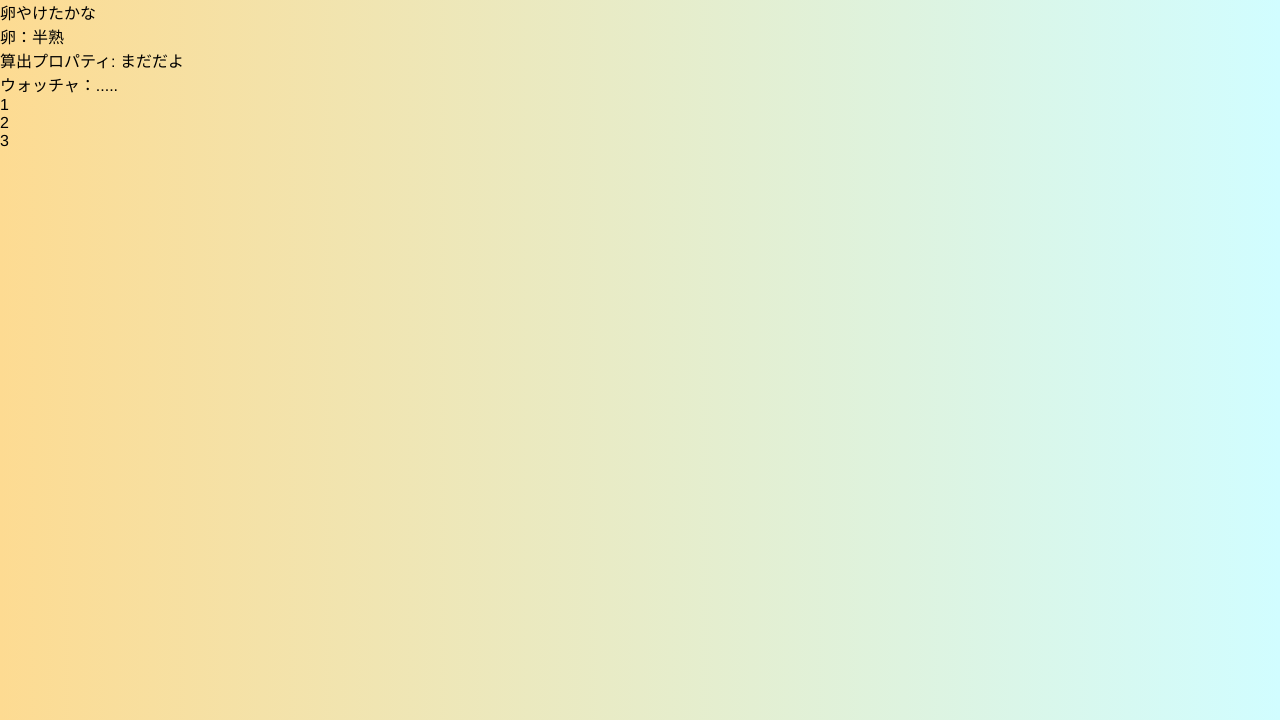
Repository: kawakami-masachika/js_test
Page: index.html
These files come from the project's save history. The page is drawn as it stood at one moment and after the next save; the edit follows.
The browser window is 1280 px wide. The pictures show the whole page.

Above is the page before, as saved 2021-04-17 10:09:56.

After the next save:
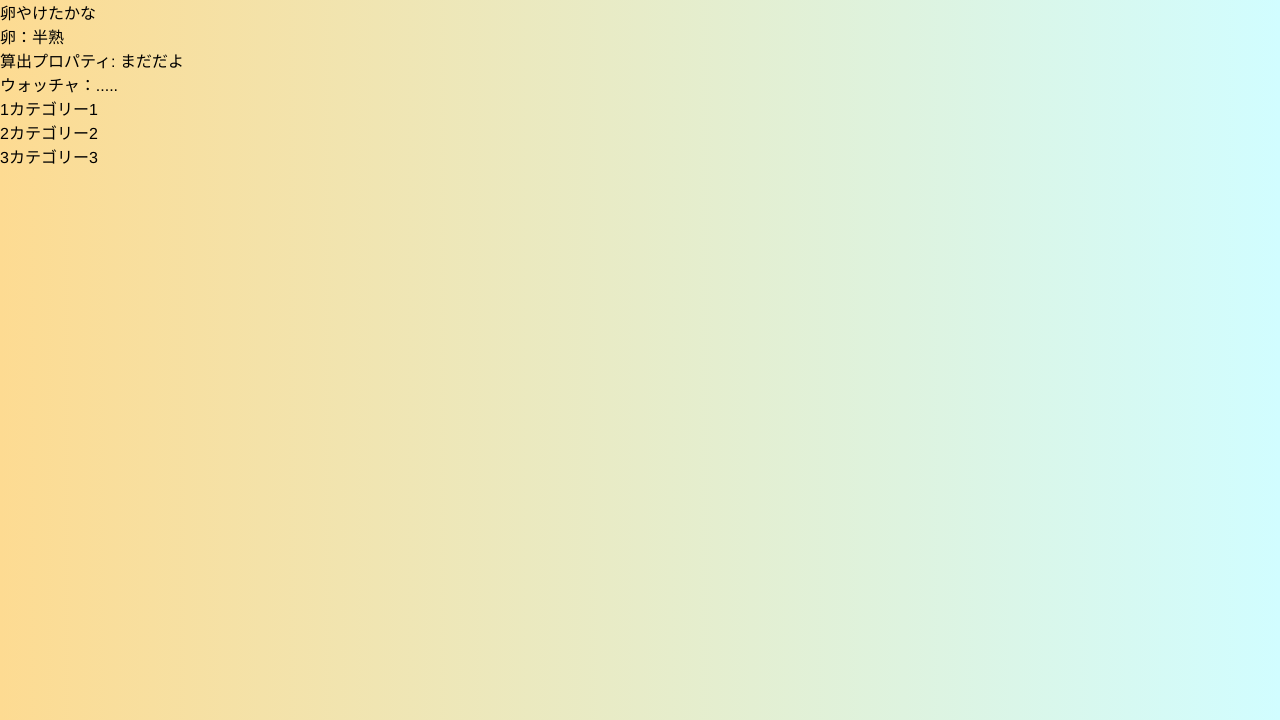
Saved 5 s later.
--- a/index.html
+++ b/index.html
@@ -16,7 +16,7 @@
     <p>ウォッチャ：{{message}}</p>
 
     <ul v-for="item in render_list">
-      <li>{{item.id}}{{item.cator}}</li>
+      <li>{{item.id}}{{item.category}}</li>
     </ul>
 
   </div>
